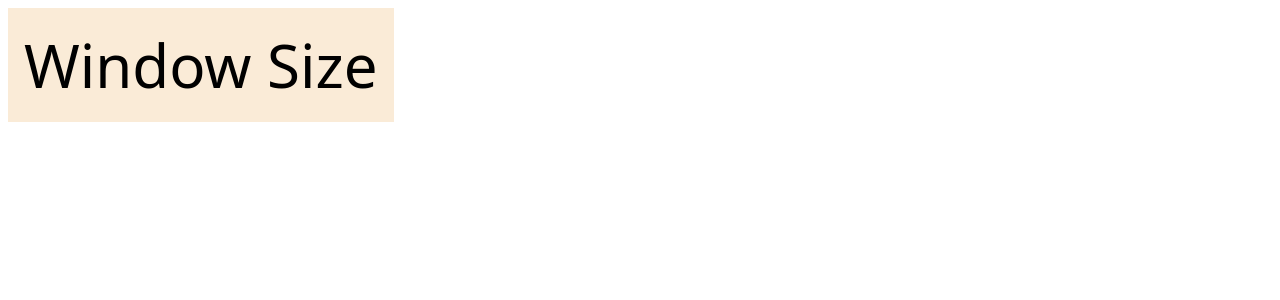
Repository: sephinejo/frontend-browser-101
Page: browser/window_size.html
The author's editor kept a copy of each file at every save. The page is drawn from the files as they stood at one save, then again after the next save.
The browser window is 1280 px wide. The pictures show the whole page.

Above is the page before, as saved 2023-05-10 12:20:36.

### browser/window_size.html
<!DOCTYPE html>
<html lang="en">
  <head>
    <meta charset="UTF-8" />
    <meta http-equiv="X-UA-Compatible" content="IE=edge" />
    <meta name="viewport" content="width=device-width, initial-scale=1.0" />
    <title>Window Sizes</title>
    <style>
      .tag {
        display: inline-block;
        background-color: antiquewhite;
        padding: 16px;
        font-size: 60px;
        font-family: system-ui, -apple-system, BlinkMacSystemFont, 'Segoe UI',
          Roboto, Oxygen, Ubuntu, Cantarell, 'Open Sans', 'Helvetica Neue',
          sans-serif;
      }
    </style>
  </head>
  <body>
    <div class="tag">Window Size</div>
    <script>
      const tag = document.querySelector('.tag');
      window.addEventListener('resize', () => {
        tag.innerHTML = `
        window.screen: ${window.screen.width}, ${window.screen.height}
        window.outer: ${window.outerWidth}, ${window.outerHeight}
        window.inner: ${window.innerWidth}, ${window.innerHeight}
        documentElement.clientWidth: ${document.documentElement.clientWidth}, ${document.documentElement.clientHeight}
        `;
      });
    </script>
  </body>
</html>

After the next save:
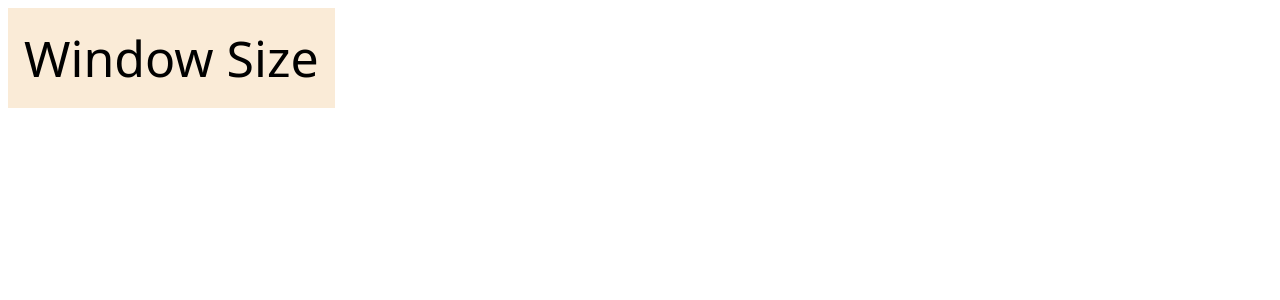
Saved 48 s later.
--- a/browser/window_size.html
+++ b/browser/window_size.html
@@ -10,7 +10,7 @@
         display: inline-block;
         background-color: antiquewhite;
         padding: 16px;
-        font-size: 60px;
+        font-size: 50px;
         font-family: system-ui, -apple-system, BlinkMacSystemFont, 'Segoe UI',
           Roboto, Oxygen, Ubuntu, Cantarell, 'Open Sans', 'Helvetica Neue',
           sans-serif;
